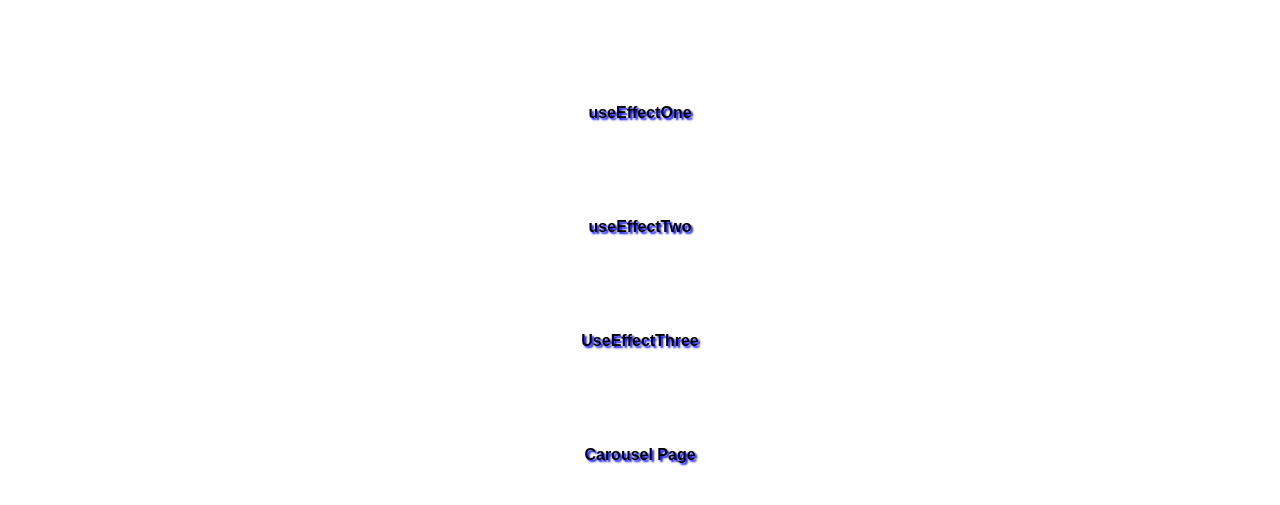
Repository: jjennbui/class8
Page: /
The author's editor kept a copy of each file at every save. The page is drawn from the files as they stood at one save, then again after the next save.
The browser window is 1280 px wide. The pictures show the whole page.
The project was rebuilt for these pictures with package versions that can differ from the ones it lists, and the page was loaded fresh each time. The framework's server and built-in components were replaced by stand-ins that run in the browser. Also part of the build but not shown: next.config.js.

Above is the page before, as saved 2023-02-20 17:36:25.

After the next save:
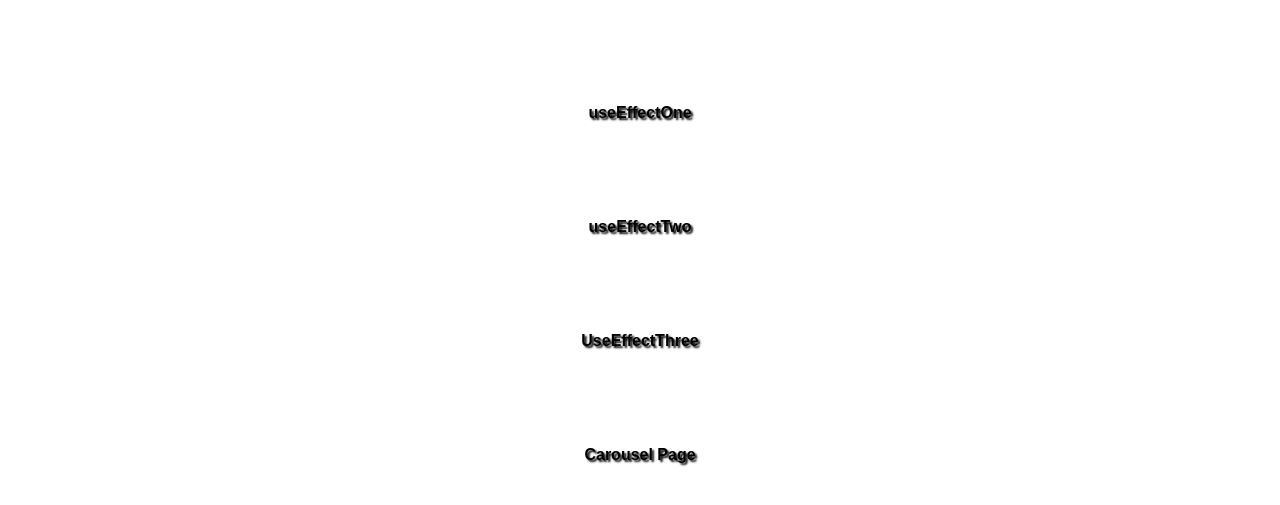
Saved 5 s later.
--- a/styles/Home.module.css
+++ b/styles/Home.module.css
@@ -14,5 +14,5 @@
   text-decoration: none;
   font-family: Arial, Helvetica, sans-serif;
   font-weight: bold;
-  text-shadow: 2px 2px 2px blue ;
+  text-shadow: 2px 2px 2px ;
 }
